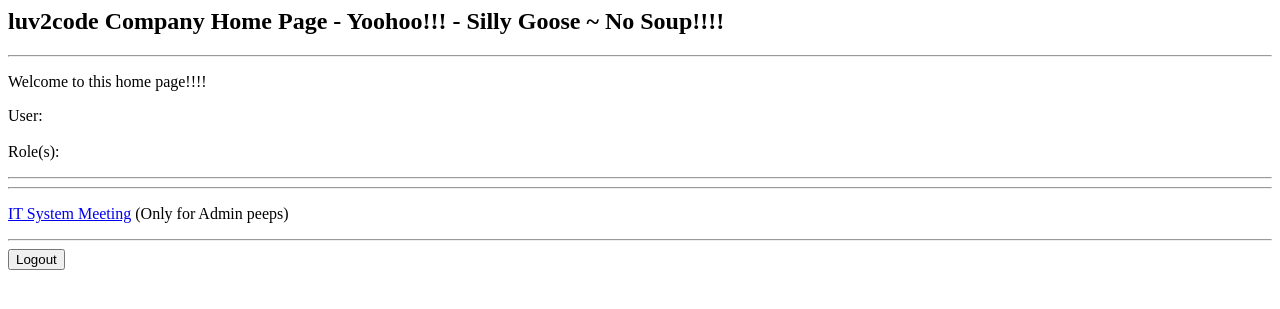
Repository: JT12s/Ecllipse-SpringPrcaticeProject
Page: http://localhost/spring-security-demo-07-user-roles/WEB-INF/view/home.jsp
These files come from the project's save history. The page is drawn as it stood at one moment and after the next save; the edit follows.
The browser window is 1280 px wide. The pictures show the whole page.
The page is served by Tomcat 9. Nobody is signed in. Other server files are loaded and not shown. The template is opened directly, without the code that normally fills it, so the values that code supplies are empty.

Above is the page before, as saved 2022-08-07 01:52:24.

### spring-security-demo-07-user-roles/src/main/webapp/WEB-INF/view/home.jsp
<%@ taglib prefix="form" uri="http://www.springframework.org/tags/form" %>
<%@ taglib prefix="security" uri="http://www.springframework.org/security/tags" %>

<html>

<head>

	<title>luv2code Company Home Page</title>
</head>

<body>
	<h2>luv2code Company Home Page - Yoohoo!!! - Silly Goose ~ No Soup!!!!</h2>
	<hr>

	<p>
	Welcome to this home page!!!!
	</p>

	<p>
		User: <security:authentication property="principal.username" />
		<br><br>
		Role(s):<security:authentication property="authorities"/>
	</p>

	<hr>

	<security:authorize access="hasRole('MANAGER')">

		<!-- Add a link to point to /leaders ... this is for the managers -->

		<p>
			<a href="${pageContext.request.contextPath}/leaders">LeaderShip Meeting</a>
			(Only for Manager peeps)
		</p>
	</security:authorize>
	<hr>

	<!-- Add a link to point to /systems ... this is for the admins -->

	<p>
		<a href="${pageContext.request.contextPath}/systems">IT System Meeting</a>
		(Only for Admin peeps)
	</p>
	<hr>

	<!-- Add a logout button -->
	<form:form action="${pageContext.request.contextPath }/logout" method="POST">
		<input type="submit" value="Logout" />
	</form:form>
</body>

</html>

After the next save:
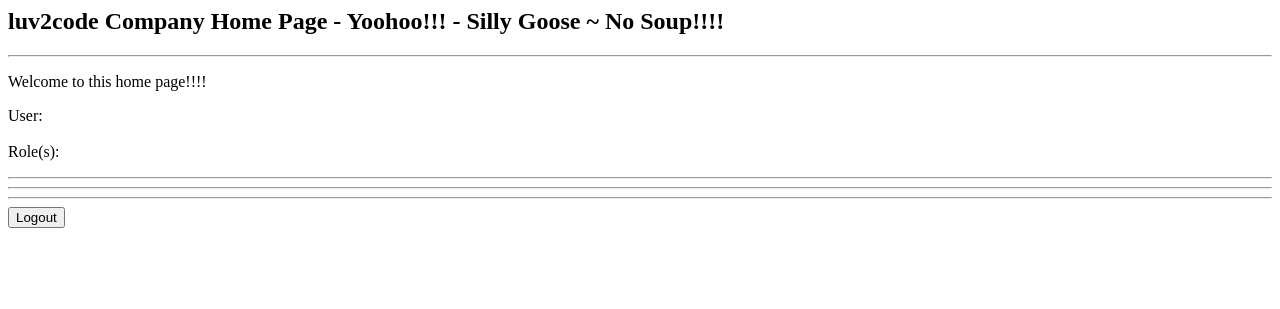
Saved 28 s later.
--- a/spring-security-demo-07-user-roles/src/main/webapp/WEB-INF/view/home.jsp
+++ b/spring-security-demo-07-user-roles/src/main/webapp/WEB-INF/view/home.jsp
@@ -27,20 +27,22 @@
 	<security:authorize access="hasRole('MANAGER')">
 
 		<!-- Add a link to point to /leaders ... this is for the managers -->
-
 		<p>
 			<a href="${pageContext.request.contextPath}/leaders">LeaderShip Meeting</a>
 			(Only for Manager peeps)
 		</p>
+
 	</security:authorize>
 	<hr>
 
-	<!-- Add a link to point to /systems ... this is for the admins -->
+	<security:authorize access="hasRole('ADMIN')">
+		<!-- Add a link to point to /systems ... this is for the admins -->
 
-	<p>
-		<a href="${pageContext.request.contextPath}/systems">IT System Meeting</a>
-		(Only for Admin peeps)
-	</p>
+		<p>
+			<a href="${pageContext.request.contextPath}/systems">IT System Meeting</a>
+			(Only for Admin peeps)
+		</p>
+	</security:authorize>
 	<hr>
 
 	<!-- Add a logout button -->
